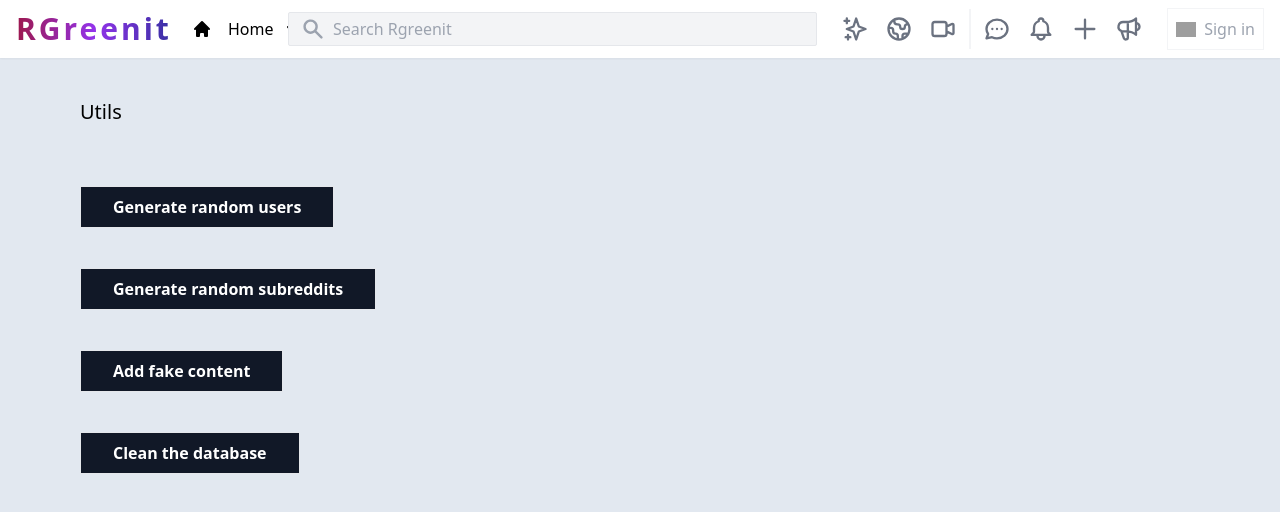
Repository: ITDevSolution/RGreen-it
Page: /utils
An editor plug-in stored every save of this project. The page is shown before and after the next save, followed by the edit.
The browser window is 1280 px wide. The pictures show the whole page.
Pictures or frames that could not be fetched are drawn as grey boxes. The page's requests for data from a server got no answer. The project was rebuilt for these pictures with package versions that can differ from the ones it lists, and the page was loaded fresh each time. The framework's server and built-in components were replaced by stand-ins that run in the browser. No one was signed in, and anything a server would have sent is missing. Also part of the build but not shown: next.config.js.

Above is the page before, as saved 2022-07-08 12:46:42.

### pages/_app.js
import "../styles/globals.css"
import { SessionProvider } from "next-auth/react"
import Header from "components/Header"

import { Toaster } from "react-hot-toast"

function MyApp({ Component, pageProps: { session, ...pageProps } }) {
  return (
    <SessionProvider session={session}>
      <Toaster />
      <div className="h-screen overflow-y-scroll bg-slate-200 ">
        <Header />
        <Component {...pageProps} />
      </div>
    </SessionProvider>
  )
}

export default MyApp

### pages/utils.js
import React from "react"

export default function Utils() {
  const tasks = [
    { task: "generate_users", description: "Generate random users" },
    { task: "generate_subreddits", description: "Generate random subreddits" },
    { task: "add_fake_content", description: "Add fake content" },
    { task: "clean_database", description: "Clean the database" },
  ]

  const Button = ({ task }) => (
    <div className="flex-1 mb-5">
      <button
        onClick={async () => {
          await fetch("/api/utils", {
            body: JSON.stringify({
              task: task.task,
            }),
            headers: {
              "Content-Type": "application/json",
            },
            method: "POST",
          })
        }}
        className="border px-8 py-2 mt-5 mr-8 font-bold rouned-full bg-gray-900 text-white"
      >
        {task.description}
      </button>
    </div>
  )
  return (
    <div className="mt-10  ml-20">
      <h2 className="mb-10 text-xl">Utils</h2>
      {tasks.map((task, index) => (
        <Button key={index} task={task} />
      ))}
    </div>
  )
}

### styles/globals.css
@tailwind base;
@tailwind components;
@tailwind utilities;

@layer components {
    .icon{
        @apply h-9 w-6 lg:w-9 cursor-pointer rounded-sm lg:p-1 lg:hover:bg-gray-100
    }

    .voteButtons {
        @apply h-6 w-6 hover:bg-gray-200 p-1 rounded-md
    }

    .postButtons {
        @apply flex items-center space-x-1 text-sm font-light p-2 hover:bg-gray-100 cursor-pointer rounded-sm
    }
}

### components/Header.js
import Image from "next/image"
import React from "react"
import {
  ChevronDownIcon,
  HomeIcon,
  MenuIcon,
  SearchIcon,
} from "@heroicons/react/solid"
import {
  BellIcon,
  ChatIcon,
  GlobeIcon,
  PlusIcon,
  SparklesIcon,
  SpeakerphoneIcon,
  VideoCameraIcon,
} from "@heroicons/react/outline"
import { signIn, signOut, useSession } from "next-auth/react"
import Link from "next/link"

function Header() {
  const { data: session, status } = useSession()

  return (
    <div className="sticky inset-x-0 top-0 z-50 flex items-center justify-between bg-white px-4 py-2 shadow-sm  ">
      {/* logo */}
      <div className="flex grow-0 basis-1/6 h-10 w-20 flex-shrink-0 cursor-pointer mr-16 md:justify-start justify-center ">
        <Link href={`/`}>
          {/* <Image
            src={`https://res.cloudinary.com/joeloff-dev/image/upload/v1656506700/Reddit_logo_new.svg_mxmb5x.png`}
            layout="fill"
            objectFit="contain"
          /> */}
          <a className="my-auto flex w-[140px] md:ml-0">
            <span className="bg-gradient-to-r from-pink-800 via-purple-600 to-indigo-800 bg-clip-text align-middle text-3xl font-black tracking-widest text-transparent ">
              RGreenit
            </span>
          </a>
        </Link>
        {/* Home */}
        <div className="hidden mx-7 md:flex md:ml-2 gap-2 items-center md:px-7">
          <HomeIcon className="h-5 w-5" />
          <p className="ml-2 hidden flex-1 lg:inline">Home</p>
          <ChevronDownIcon className="h-5 w-5" />
        </div>
      </div>

      {/* Search box */}
      <form className="hidden md:flex md:flex-1 items-center space-x-2 rounded-sm border border-gray-200 bg-gray-100 px-3 py-1 ">
        <SearchIcon className="h-6 w-6 text-gray-400" />
        <input
          type="text"
          placeholder="Search Rgreenit"
          className="flex-1 bg-transparent outline-none"
        />
        <button type="submit" hidden></button>
      </form>
      {/* User Action icons */}
      <div className="hidden lg:inline-flex text-gray-500 space-x-2 items-center mx-5">
        <SparklesIcon className="icon" />
        <GlobeIcon className="icon" />
        <VideoCameraIcon className="icon" />
        <hr className="h-10 border border-gray-100" />
        <ChatIcon className="icon" />
        <BellIcon className="icon" />
        <PlusIcon className="icon" />
        <SpeakerphoneIcon className="icon" />
      </div>
      {/* Menu mobile */}
      <div className="flex lg:hidden pl-4">
        <MenuIcon className="icon" />
      </div>

      {/* Sign in / Sign Out button */}
      {session ? (
        <div
          onClick={() => signOut()}
          className="hidden lg:flex items-center space-x-2 border border-gray-100 p-2 cursor-pointer"
        >
          {/* wrap Image */}
          <div className="relative h-5 w-5 flex-shrink-0">
            <Image
              src={`https://res.cloudinary.com/joeloff-dev/image/upload/v1656522740/reddit-icon-robot_sell1a.png`}
              layout="fill"
              objectFit="contain"
            />
          </div>
          {/* text signin */}
          <div className="flex-1 text-xs">
            <p className="truncate">{session?.user?.name}</p>
            <p className="text-gray-400">1 Karma</p>
          </div>
          <ChevronDownIcon className="h-5 flex-shrink-0 text-gray-400" />
        </div>
      ) : (
        <div
          onClick={() => signIn()}
          className="hidden lg:flex items-center space-x-2 border border-gray-100 p-2 cursor-pointer"
        >
          {/* wrap Image */}
          <div className="relative h-5 w-5 flex-shrink-0">
            <Image
              src={`https://res.cloudinary.com/joeloff-dev/image/upload/v1656522740/reddit-icon-robot_sell1a.png`}
              layout="fill"
              objectFit="contain"
            />
          </div>
          {/* text signin */}
          <p className="text-gray-400">Sign in</p>
        </div>
      )}
    </div>
  )
}

export default Header

Loaded but not shown: tailwind.config.js (common file)

After the next save:
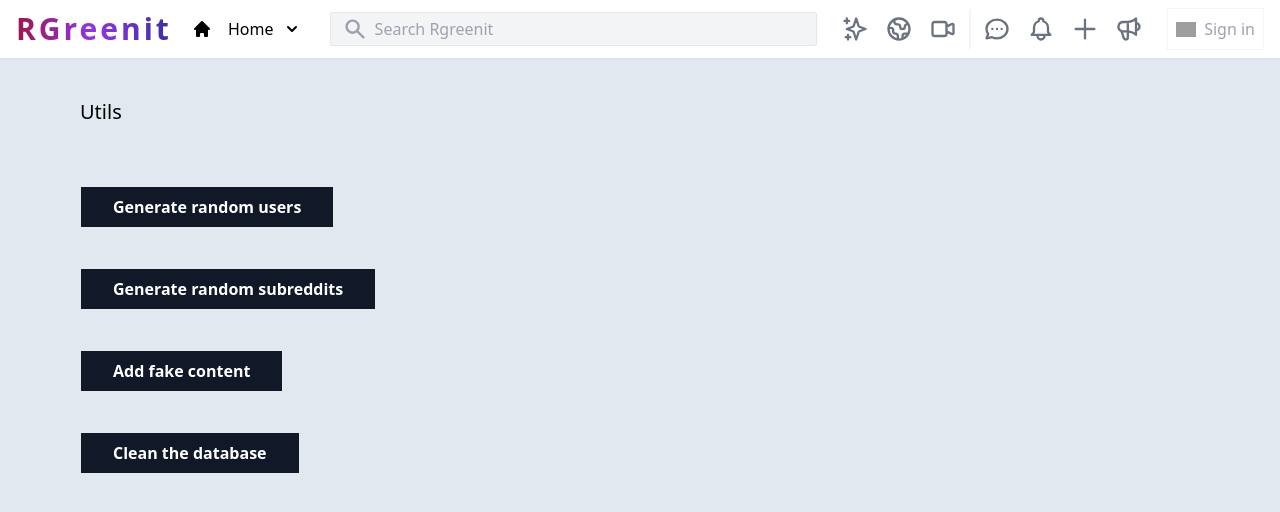
Saved 10 s later.
--- a/components/Header.js
+++ b/components/Header.js
@@ -24,7 +24,7 @@ function Header() {
   return (
     <div className="sticky inset-x-0 top-0 z-50 flex items-center justify-between bg-white px-4 py-2 shadow-sm  ">
       {/* logo */}
-      <div className="flex grow-0 basis-1/6 h-10 w-20 flex-shrink-0 cursor-pointer mr-16 md:justify-start justify-center ">
+      <div className="flex grow-0 basis-1/5 h-10 w-20 flex-shrink-0 cursor-pointer mr-16 md:justify-start justify-center ">
         <Link href={`/`}>
           {/* <Image
             src={`https://res.cloudinary.com/joeloff-dev/image/upload/v1656506700/Reddit_logo_new.svg_mxmb5x.png`}
